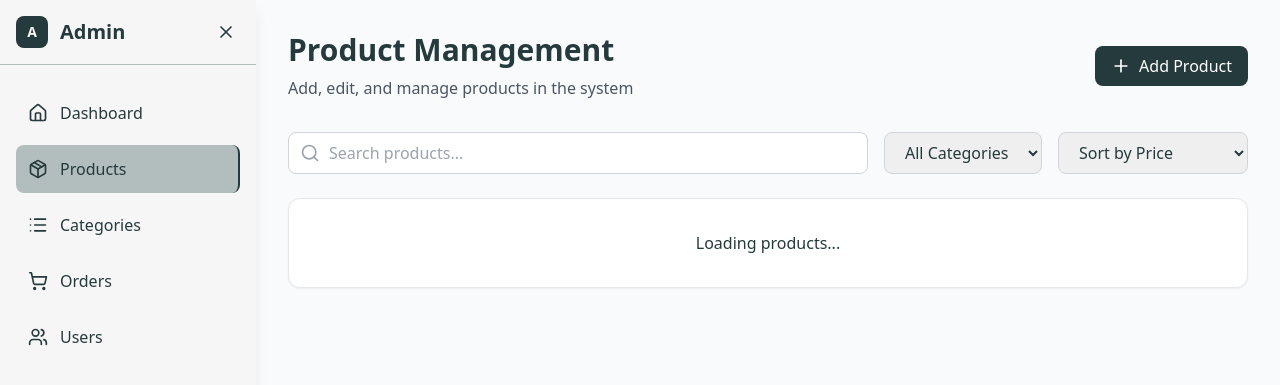
Repository: Tlyl1111/homz-admin
Page: /products
An editor plug-in stored every save of this project. The page is shown before and after the next save, followed by the edit.
The browser window is 1280 px wide. The pictures show the whole page.
The page's requests for data from a server got no answer. The project was rebuilt for these pictures with package versions that can differ from the ones it lists, and the page was loaded fresh each time. No one was signed in, and anything a server would have sent is missing. Also part of the build but not shown: vite.config.ts, src/components/ui/tooltip.tsx, src/components/DashboardStats.tsx, src/components/SalesChart.tsx, src/components/RecentOrders.tsx, src/pages/Index.tsx, src/components/ProductForm.tsx, src/components/CategoryTable.tsx and 10 more.

Above is the page before, as saved 2025-06-11 13:29:25.

After the next save:
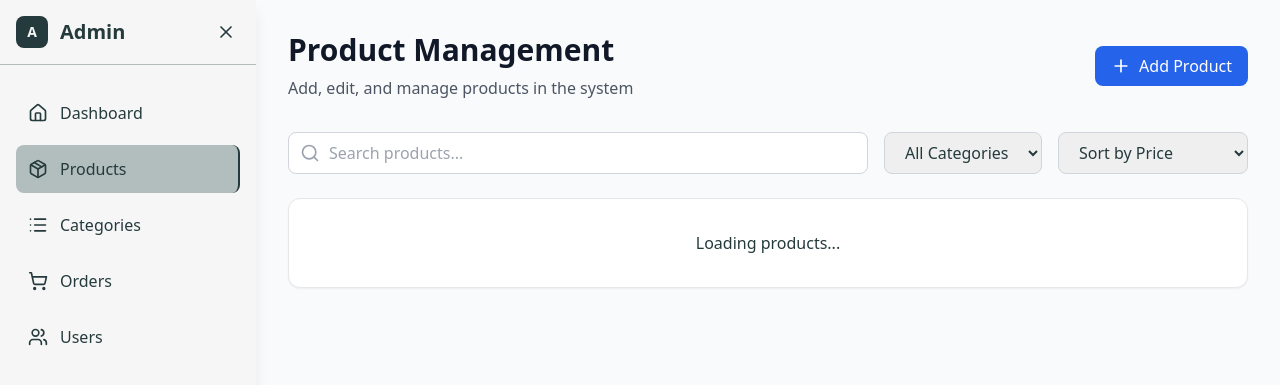
Saved 8 s later.
--- a/src/pages/Products.tsx
+++ b/src/pages/Products.tsx
@@ -3,8 +3,8 @@ import { useState } from "react";
 import { Sidebar } from "../components/Sidebar";
 import { ProductTable } from "../components/ProductTable";
 import { ProductForm } from "../components/ProductForm";
+import { ProductFilters } from "../components/ProductFilters";
 import { Plus } from "lucide-react";
-import { ProductFilters } from "../components/ProductFilters";
 
 const Products = () => {
   const [sidebarOpen, setSidebarOpen] = useState(true);
@@ -46,12 +46,12 @@ const Products = () => {
         <div className="p-8">
           <div className="flex justify-between items-center mb-8">
             <div>
-              <h1 className="text-3xl font-bold text-primary mb-2">Product Management</h1>
+              <h1 className="text-3xl font-bold text-gray-900 mb-2">Product Management</h1>
               <p className="text-gray-600">Add, edit, and manage products in the system</p>
             </div>
             <button
               onClick={handleCreate}
-              className="bg-primary hover:bg-primary text-white px-4 py-2 rounded-lg flex items-center gap-2 transition-colors"
+              className="bg-blue-600 hover:bg-blue-700 text-white px-4 py-2 rounded-lg flex items-center gap-2 transition-colors"
             >
               <Plus size={20} />
               Add Product
@@ -73,7 +73,7 @@ const Products = () => {
               onSave={() => setShowForm(false)}
             />
           ) : (
-            <ProductTable onEdit={handleEdit} filters={filters}/>
+            <ProductTable onEdit={handleEdit} filters={filters} />
           )}
         </div>
       </div>
